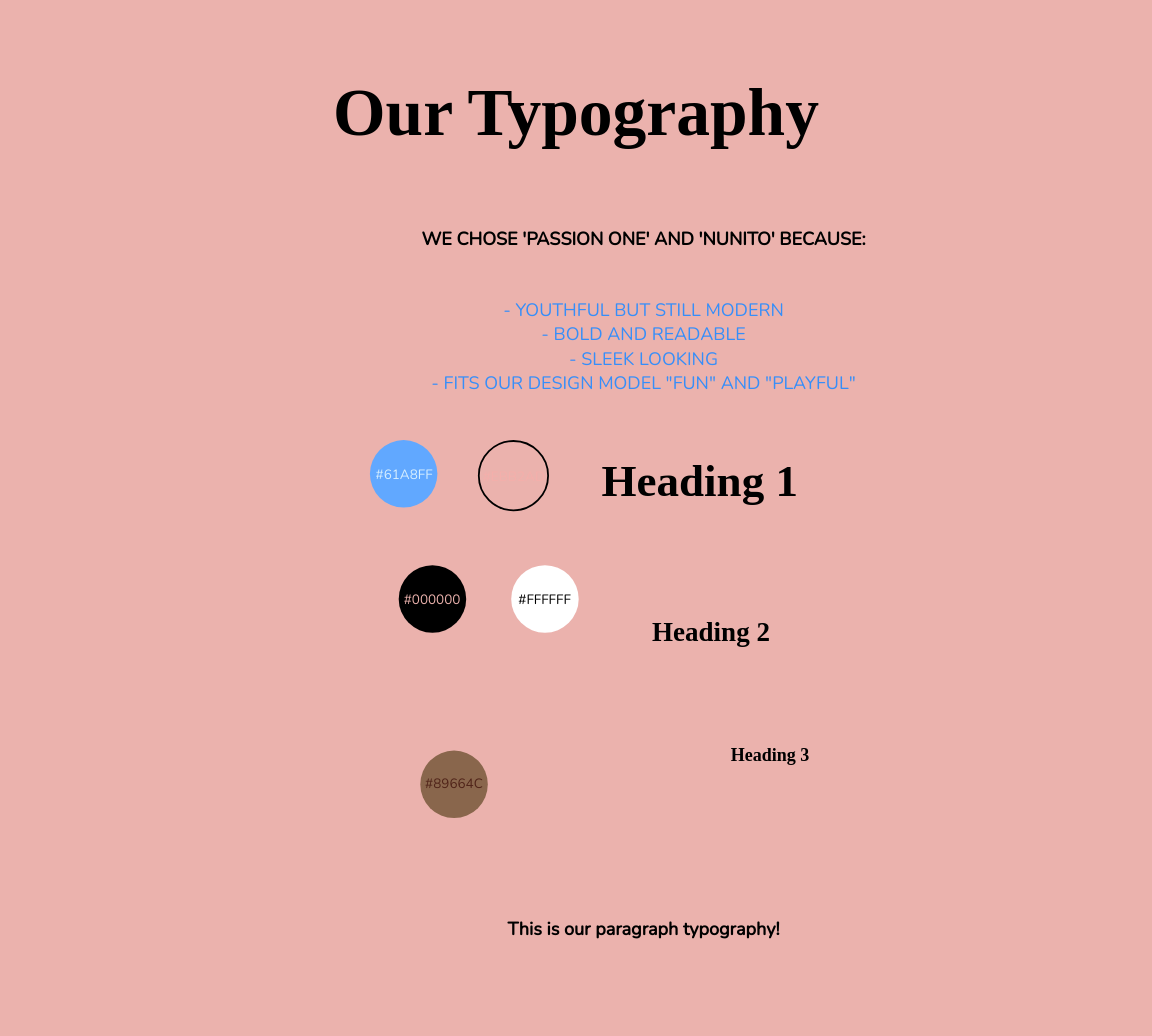
Repository: msyukurrr/styleguide
Page: typography.html
These files come from the project's save history. The page is drawn as it stood at one moment and after the next save; the edit follows.
The browser window is 1280 px wide. The pictures show the whole page, at 90% of full size.
Some web fonts or font styles are not loaded; a fallback is used.

Above is the page before, as saved 2022-03-04 14:49:38.

### typography.html
<!DOCTYPE html>
<html lang="en">
<head>
    <meta charset="UTF-8">
    <meta http-equiv="X-UA-Compatible" content="IE=edge">
    <meta name="viewport" content="width=device-width, initial-scale=1.0">
    <title>Typography</title>

    <link href="style.css" rel="stylesheet">

    <link rel="preconnect" href="https://fonts.googleapis.com">
    <link rel="preconnect" href="https://fonts.gstatic.com" crossorigin>
    <link href="https://fonts.googleapis.com/css2?family=Passion+One:wght@700&display=swap" rel="stylesheet">
    <link rel="preconnect" href="https://fonts.googleapis.com">
    <link rel="preconnect" href="https://fonts.gstatic.com" crossorigin>
    <link href="https://fonts.googleapis.com/css2?family=Nunito&family=Passion+One:wght@700&display=swap" rel="stylesheet">

</head>
<body class="background">
    <div class="typetitle">
        <h1 class="title">
            Our Typography
        </h1>
    </div>

    <div id="desctext">
        <p>
            WE CHOSE 'PASSION ONE' AND 'NUNITO' BECAUSE:
        </p>
            <span>- YOUTHFUL BUT STILL MODERN</span>
            <span>- BOLD AND READABLE</span>
            <span>- SLEEK LOOKING</span>
            <span>- FITS OUR DESIGN MODEL "FUN" AND "PLAYFUL" </span>
    </div>



    <div class="firstcont">
        <div id="hexcode1">
            <div class="blue">#61A8FF</div>

        </div>
            <div class="pink">#EBB2AD</div>
            <h1 class="first">
                Heading 1
            </h1>
    </div>
    <div class="seccont">
        <div class="black">#000000</div>
        <div class="white">#FFFFFF</div>

        <h2 class="second">
            Heading 2
        </h2>
    </div>
    <div class="thirdcont">
        <div class="brown">#89664C</div>
        <h3 class="third">
            Heading 3
        </h3>
    </div>
    <div class="fourthcont">
        <div class="blackletter"></div>
        <p class="fourth">
            This is our paragraph typography!
        </p>
    </div>


</body>
</html>

### style.css
body {
    margin: 165px;
  }

  .background {
    background-color: #EBB2AD;
}

/* INTRO HTML */

.intro_background{
    background-color: #D6EEFF;
}

.intro_h1 {
    color: white;
    font-size: 80px;
    -webkit-text-stroke: 2px pink;
}

.intro_header {
    background-color: peachpuff;
    width: 700px;
    height: 200px;
    border-radius: 50px;
    display: flex;
    position: relative;

}
  /*colourpalette*/

  .header {
  display: flex;
  flex-direction: column;
  align-items: center;
  font-family: 'passion one', cursive;
  font-size: 70px;
  margin: 50px;
  }

  .palette {
    display: flex;
    flex-direction: column;
    align-items: center;
  }

  .names {
      display: flex;
      flex-direction: row;
      justify-content: center;
      font-size: 20px;
      font-family: 'Nunito', sans-serif;
  }

  .colour {
      display: flex;
      flex-direction: column;
      align-items: center;
      font-size: 20px;
      font-family: 'Nunito', sans-serif;
      margin: 50px;
  }

  .bgheader {
  display: flex;
  flex-direction: column;
  align-items: flex-start;
  font-family: 'passion one', cursive;
  font-size: 50px;
  margin: 50px;
  }

  .textheader {
      display: flex;
  flex-direction: column;
  align-items: flex-start;
  font-family: 'passion one', cursive;
  font-size: 50px;
  margin: 50px;
  }

  .compheader {
      display: flex;
      flex-direction: column;
      align-items: flex-start;
      font-family: 'passion one', cursive;
      font-size: 50px;
      margin: 50px;
  }

  .background, .illustrations, .components {
      display: flex;
      flex-direction: column;
      align-items: center;
      font-size: 20px;
      font-family: 'Nunito', sans-serif;
      margin: 50px;
  }

  .pictures {
      display: flex;
      flex-direction: row;
      justify-content: center;
      margin: 50px;
  }

  .button, .cards {
      display: flex;
      flex-direction: row;
      justify-content: center;
      margin: 50px;
  }

  .background > img {
      margin: 40px;
  }

  .brown, .green, .pink, .blue, .lightbrown {
      margin: 58px;
  }

  .brown {
      color: #502419;
  }

  .green {
      color: #7ea172;
  }

  .pink {
      color: #f4afab;
  }

  .lightbrown {
      color: #af8d86;
  }

  .blue {
      color: #d6eeff;
  }

  /*typography*/

  .title {
      display: flex;
      position: relative;
      font-family: 'passion one', cursive;
      font-size: 75px;
      color:black;
      margin:0;
      top:0;
     text-align: center;

  }
  .titlecont{
      display:flex;
  ;
  }

  #desctext{
      text-align: center;
  }

  span {
      display: block;
      position: relative;
      margin: auto;
      font-family: 'nunito', sans-serif;
      text-align: center;
      color:#368ef9;
      margin-left:150px;
  }
  .blue{
      background-color:#61A8FF;
      width:75px;
      height:75px;
      display:flex;
      position:relative;
      margin:50px;
      border-radius: 50px;
      font-family: 'nunito', sans-serif;
      font-size: 15px;
      align-items: center;
      justify-content: center;
  }
  .pink{
      background-color:#EBB2AD;
      border:2px solid black;
      width:75px;
      height:75px;
      display:flex;
      position:absolute;
      left: 120px;
      margin:50px;
      border-radius: 60px;
      font-family: 'nunito', sans-serif;
      font-size: 15px;
      align-items: center;
      justify-content: center;
  }
  .black{
      background-color:black;
      width:75px;
      height:75px;
      display:flex;
      position:relative;
      left: 50px;
      border-radius: 60px;
      font-family: 'nunito', sans-serif;
      font-size: 15px;
      align-items: center;
      justify-content: center;
      color: #EBB2AD;
  }
  .white{
      background-color: white;
      width:75px;
      height:75px;
      display:flex;
      border-radius: 50px;
      position: relative;
      left: 100px;
      font-family: 'nunito', sans-serif;
      font-size: 15px;
      align-items: center;
      justify-content: center;
  }
  .brown{
      background-color: #89664C;
      width:75px;
      height:75px;
      display:flex;
      border-radius: 50px;
      position: relative;
      left: 60px;
      font-family: 'nunito', sans-serif;
      font-size: 15px;
      align-items: center;
      justify-content: center;
  }
  .firstcont{
      display: inline-flex;
      position:relative;
  }
  .seccont{
      display: inline-flex;

  }
  .thirdcont{
     display: inline-flex;

  }

  h1, h2, h3 {
      font-family: 'passion one', cursive;
      display: flex;
      justify-content: center;
      padding: 2rem;
  }
  p{
      font-family: 'nunito', sans-serif;
      display: flex;
      justify-content: center;
      padding:2rem;
      margin-left:150px;
      font-weight:bold;
  }
  .first {
      font-size: 50px;
      margin-left:100px;
  }
  .second{
      font-size: 30px;
      margin-left:150px;
  }
  .third{
      font-size: 20px;
      margin-left:240px;
  }


  /*logo*/

  .par {
    font-family: 'Nunito', sans-serif;
    font-size: 30px;
    margin: 50px;
}

.main {
    margin-top: 80px;
}

.head {
    background-color: #d6eeff;
    padding-left: 20px;
    padding-right: 20px;
    padding-top: 5px;
    padding-bottom: 5px;
    border-radius: 8px;
    margin-bottom: 20px;
}

.two {
        display: flex;
        flex-direction: row;
        flex-wrap: nowrap;
        justify-content: space-evenly;
        align-items: flex-start;
        align-content: stretch;
        padding: 20px;
}

.three {
        display: flex;
        flex-direction: row;
        flex-wrap: nowrap;
        justify-content: space-evenly;
        align-items: flex-start;
        align-content: stretch;
        padding: 20px;
}

#bg {
        background: #939393;
        border-radius: 20px;
    }

.column {
        margin: 10px;
            display: flex;
            flex-direction: column;
            flex-wrap: wrap;
            justify-content: flex-start;
            align-items: stretch;
            align-content: stretch;
    }

.pics {
    margin-top: 80px;
}

.favicon {
    margin-top: 80px;
    margin-left: 120px;
}



  /* Imagery, Icons & Graphics */

  .text {
    display: flex;
    font-size: 20px;
    font-family: 'Nunito', sans-serif;
    margin: 50px;
}


.colourhtml, .logohtml, .graphicshtml, .typographyhtml {
    display: flex;
    font-size: 40px;
    font-family: 'passion one', cursive;
    margin: 50px;
}

a.button {
    -webkit-appearance: button;
    -moz-appearance: button;
    appearance: button;
    background-color: white;
    width: 300px;
    height: 100px;
    border-radius: 15px;
    border: 10px solid pink;
}

After the next save:
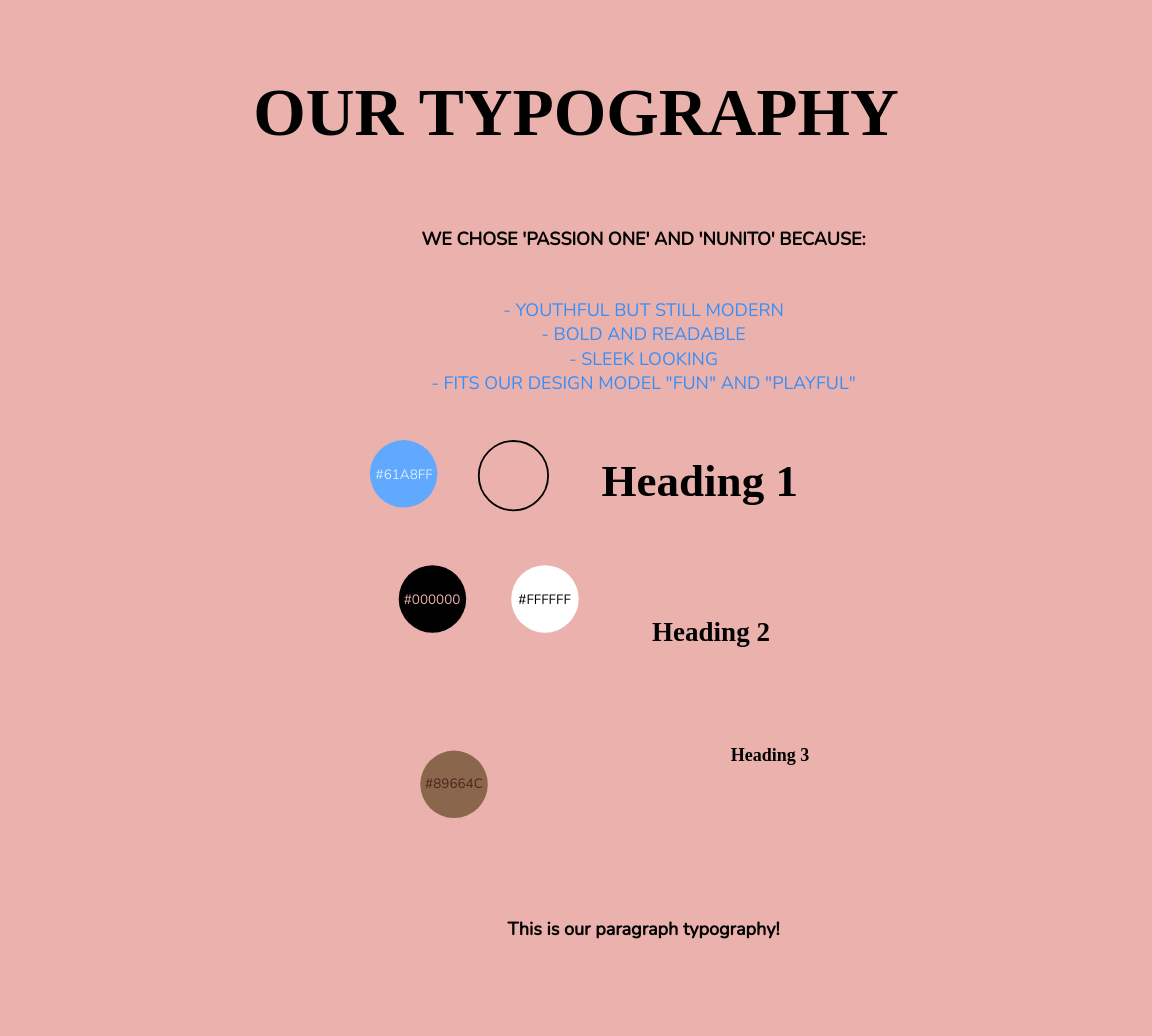
Saved 52 s later.
--- a/typography.html
+++ b/typography.html
@@ -16,56 +16,57 @@
     <link href="https://fonts.googleapis.com/css2?family=Nunito&family=Passion+One:wght@700&display=swap" rel="stylesheet">
 
 </head>
-<body class="background">
-    <div class="typetitle">
-        <h1 class="title">
-            Our Typography
-        </h1>
-    </div>
 
-    <div id="desctext">
-        <p>
-            WE CHOSE 'PASSION ONE' AND 'NUNITO' BECAUSE:
-        </p>
-            <span>- YOUTHFUL BUT STILL MODERN</span>
-            <span>- BOLD AND READABLE</span>
-            <span>- SLEEK LOOKING</span>
-            <span>- FITS OUR DESIGN MODEL "FUN" AND "PLAYFUL" </span>
-    </div>
+    <body class="background">
+        <div class="typetitle">
+            <h1 class="title">
+                OUR TYPOGRAPHY
+            </h1>
+        </div>
+
+        <div id="desctext">
+            <p>
+                WE CHOSE 'PASSION ONE' AND 'NUNITO' BECAUSE:
+            </p>
+                <span>- YOUTHFUL BUT STILL MODERN</span>
+                <span>- BOLD AND READABLE</span>
+                <span>- SLEEK LOOKING</span>
+                <span>- FITS OUR DESIGN MODEL "FUN" AND "PLAYFUL" </span>
+        </div>
 
 
 
-    <div class="firstcont">
-        <div id="hexcode1">
-            <div class="blue">#61A8FF</div>
+        <div class="firstcont">
+            <div id="hexcode1">
+                <div class="blue">#61A8FF</div>
 
+            </div>
+                <div class="pink">#EBB2AD</div>
+                <h1 class="first">
+                    Heading 1
+                </h1>
         </div>
-            <div class="pink">#EBB2AD</div>
-            <h1 class="first">
-                Heading 1
-            </h1>
-    </div>
-    <div class="seccont">
-        <div class="black">#000000</div>
-        <div class="white">#FFFFFF</div>
+        <div class="seccont">
+            <div class="black">#000000</div>
+            <div class="white">#FFFFFF</div>
 
-        <h2 class="second">
-            Heading 2
-        </h2>
-    </div>
-    <div class="thirdcont">
-        <div class="brown">#89664C</div>
-        <h3 class="third">
-            Heading 3
-        </h3>
-    </div>
-    <div class="fourthcont">
-        <div class="blackletter"></div>
-        <p class="fourth">
-            This is our paragraph typography!
-        </p>
-    </div>
+            <h2 class="second">
+                Heading 2
+            </h2>
+        </div>
+        <div class="thirdcont">
+            <div class="brown">#89664C</div>
+            <h3 class="third">
+                Heading 3
+            </h3>
+        </div>
+        <div class="fourthcont">
+            <div class="blackletter"></div>
+            <p class="fourth">
+                This is our paragraph typography!
+            </p>
+        </div>
 
 
-</body>
-</html>
+    </body>
+    </html>
